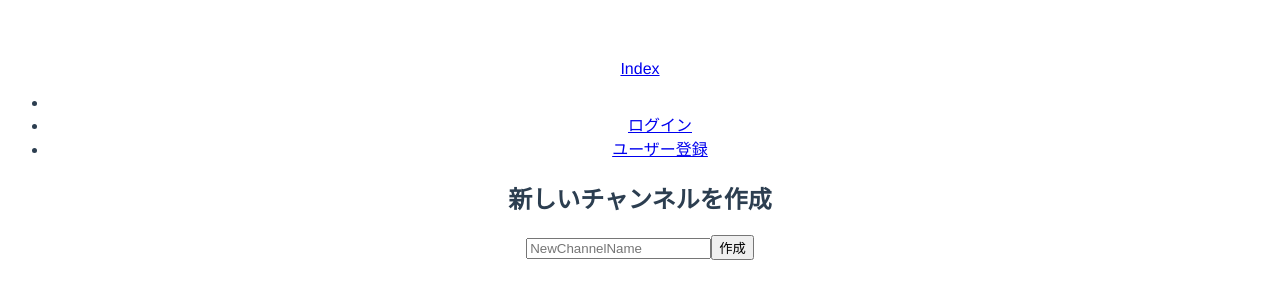
Repository: dododoSA/chat-app
Page: /channel/new (app in front/)
These files come from the project's save history. The page is drawn as it stood at one moment and after the next save; the edit follows.
The browser window is 1280 px wide. The pictures show the whole page.
The project was rebuilt for these pictures with package versions that can differ from the ones it lists, and the page was loaded fresh each time. Also part of the build but not shown: front/vue.config.js, front/src/components/HelloWorld.vue, front/src/components/Thread.vue, front/src/components/Channel.vue, front/src/components/Top.vue, front/src/components/Login.vue, front/src/components/Signup.vue, front/src/components/EditChannelForm.vue.

Above is the page before, as saved 2019-09-09 11:04:38.

After the next save:
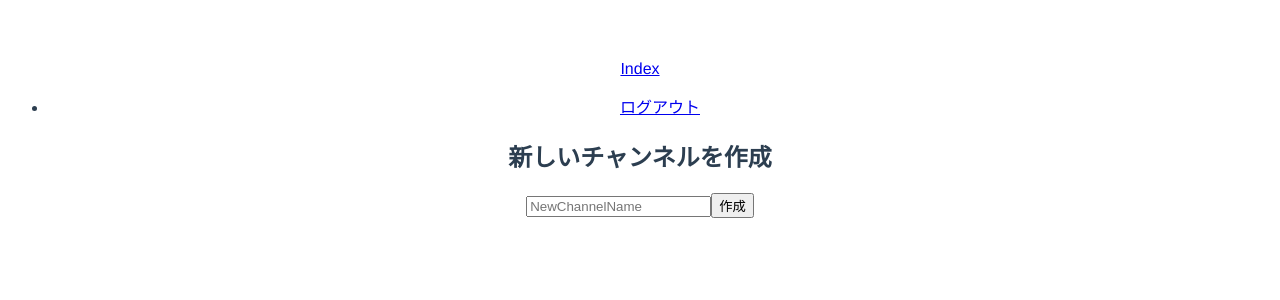
Saved 8 min 31 s later.
--- a/front/src/store/index.js
+++ b/front/src/store/index.js
@@ -9,7 +9,7 @@
         username: ''
     },
     getters: {
-        getUsername: (state) => () => {
+        username: (state) => () => {
             return state.username
         }
     },

After the 5 saves that followed:
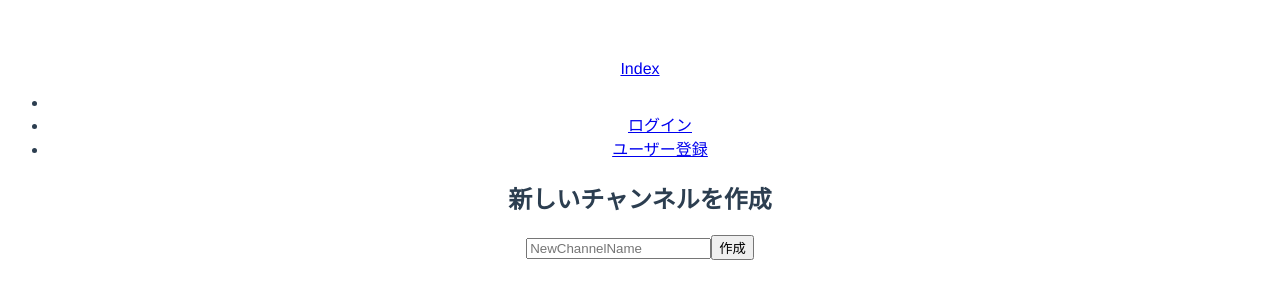
The 5 saves are shown as one change because 4 left the picture as it was.
The last was saved 11 min 14 s later.
--- a/front/src/App.vue
+++ b/front/src/App.vue
@@ -4,12 +4,12 @@
       <router-link to="/">Index</router-link>
       <ul class="navbar-nav mr-auto">
         <li class="nav-item">
-            <a v-if="!me" href="#" class="nav-link" @click="logout">ログアウト</a>
+            <a v-if="me" href="#" class="nav-link" @click="logout">ログアウト</a>
         </li>
-        <li v-if="me" class="nav-item">
+        <li v-if="!me" class="nav-item">
           <router-link to="/login">ログイン</router-link>
         </li>
-        <li v-if="me" class="nav-item">
+        <li v-if="!me" class="nav-item">
           <router-link to="/signup">ユーザー登録</router-link>
         </li>
       </ul>
@@ -42,7 +42,7 @@ export default {
   },
   computed: {
     me() {
-      return this.$store.getters.getUsername
+      return this.$store.getters.username == '' ? false : true
     }
   }
 }
--- a/front/src/store/index.js
+++ b/front/src/store/index.js
@@ -9,9 +9,7 @@
         username: ''
     },
     getters: {
-        username: (state) => () => {
-            return state.username
-        }
+        username: state => state.username
     },
     mutations: {
         setMe(state, payload) {
